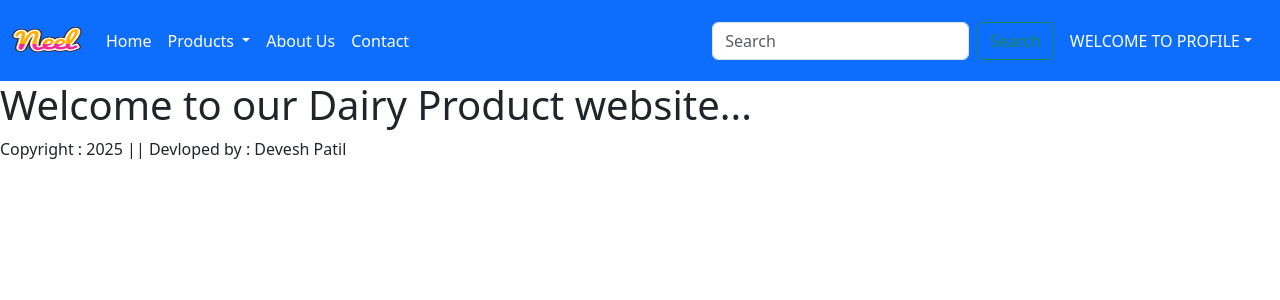
Repository: DeveshPatill/mydjango
Page: http://localhost/
These files come from the project's save history. The page is drawn as it stood at one moment and after the next save; the edit follows.
The browser window is 1280 px wide. The pictures show the whole page.
The page is served by the project's application, run on Django 5.2 (ec/manage.py). Other server files are loaded and not shown.

Above is the page before, as saved 2025-03-21 16:27:59.

### ec/app/templates/app/home.html
{% extends 'app/base.html' %}
{% load static %}
{% block title %}Home{% endblock title %}

{% block main-content %}
<h1>Welcome to our Dairy Product website...</h1>

{% endblock main-content %}

### ec/app/templates/app/base.html
<!DOCTYPE html>
{% load static %}
<html lang="en">
<head>
    <meta charset="UTF-8">
    <meta http-equiv="X-UA-Compatible" content="IE=edge">
    <meta name="viewport" content="width=device-width, initial-scale=1.0">

    <link href="https://cdn.jsdelivr.net/npm/bootstrap@5.3.3/dist/css/bootstrap.min.css" rel="stylesheet" integrity="sha384-QWTKZyjpPEjISv5WaRU9OFeRpok6YctnYmDr5pNlyT2bRjXh0JMhjY6hW+ALEwIH" crossorigin="anonymous">

    <link rel="stylesheet" href="{% static 'app/css/owl.carousel.min.css' %}" />
    <link rel="stylesheet" href="{% static 'app/css/all.min.css' %}" />
    <link rel="stylesheet" href="{% static 'app/css/style.css' %}" />

    <title> Dairy Products | {% block title %} {% endblock title %} </title>
</head>
<body>
    <nav class="navbar navbar-expand-lg navbar-dark bg-primary">
        <div class="container-fluid">
          <a class="navbar-brand" href="#">
            <img src="{% static 'app/images/product/Neel.png' %}" width="70px" height="55px"   />
          </a>
          <button class="navbar-toggler" type="button" data-bs-toggle="collapse" data-bs-target="#navbarSupportedContent" aria-controls="navbarSupportedContent" aria-expanded="false" aria-label="Toggle navigation">
            <span class="navbar-toggler-icon"></span>
          </button>
          <div class="collapse navbar-collapse" id="navbarSupportedContent">
            <ul class="navbar-nav me-auto mb-2 mb-lg-0">
              <li class="nav-item">
                <a class="nav-link active" aria-current="page" href="/">Home</a>
              </li>
              <li class="nav-item dropdown">
                <a class="nav-link dropdown-toggle text-white" href="#" role="button" data-bs-toggle="dropdown" aria-expanded="false">
                  Products
                </a>
                <ul class="dropdown-menu">
                  <li><a class="dropdown-item" href="#">Milk</a></li>
                  <li><a class="dropdown-item" href="#">Curd</a></li>
                  <li><a class="dropdown-item" href="#">MilkShake</a></li>
                  <li><a class="dropdown-item" href="#">Lassi</a></li>
                  <li><a class="dropdown-item" href="#">Ghee</a></li>
                  <li><a class="dropdown-item" href="#">Paneer</a></li>
                  <li><a class="dropdown-item" href="#">Cheese</a></li>
                  <li><a class="dropdown-item" href="#">Ice-Cream</a></li>

                </ul>
              </li>
              <li class="nav-item">
                <a class="nav-link text-white" href="#">About Us</a>
              </li>
              <li class="nav-item">
                <a class="nav-link text-white" href="#">Contact</a>
              </li>

            </ul>
            <form class="d-flex" role="search">
              <input class="form-control me-2" type="search" placeholder="Search" aria-label="Search">
              <button class="btn btn-outline-success" type="submit">Search</button>
            </form>
          </div>
          <ul class="navbar-nav me-auto mb-2 mb-lg-0">
            <li class="nav-item dropdown mx-2">
                <a class="nav-link dropdown-toggle text-white" href="#" id="profileDropdown" role="button" data-bs-toggle="dropdown" aria-expanded="false">WELCOME TO PROFILE</a>
                <ul class="dropdown-menu" aria-labelledby="profileDropdown">
                    <li><a class="dropdown-item" href="#">Profile</a></li>
                    <li><a class="dropdown-item" href="#">Orders</a></li>
                    <li><a class="dropdown-item" href="#">Change Password</a></li>
                    <li><a class="dropdown-item" href="#">Logout</a></li>


                </ul>
            </li>
          </ul>
        </div>
      </nav>
      {% block main-content %}{% endblock main-content %}
      <footer>
        Copyright : 2025 || Devloped by : Devesh Patil
      </footer>





    <script src="https://cdn.jsdelivr.net/npm/@popperjs/core@2.11.8/dist/umd/popper.min.js" integrity="sha384-I7E8VVD/ismYTF4hNIPjVp/Zjvgyol6VFvRkX/vR+Vc4jQkC+hVqc2pM8ODewa9r" crossorigin="anonymous"></script>
    <script src="https://cdn.jsdelivr.net/npm/bootstrap@5.3.3/dist/js/bootstrap.min.js" integrity="sha384-0pUGZvbkm6XF6gxjEnlmuGrJXVbNuzT9qBBavbLwCsOGabYfZo0T0to5eqruptLy" crossorigin="anonymous"></script>

    <script src=https://cdnjs.cloudflare.com/ajax/libs/jquery/3.7.1/jquery.min.js></script>


    <script script="{% static 'app/js/owl.carousel.min.js' %}"></script>
    <script script="{% static 'app/js/all.min.js' %}"></script>
    <script script="{% static 'app/js/myscript.js' %}"></script>

</body>
</html>

### ec/app/views.py
from django.shortcuts import render
from django.http import HttpResponse
# Create your views here.
def home(request):
    return render(request,"app/home.html")

### ec/ec/urls.py
"""
URL configuration for ec project.

The `urlpatterns` list routes URLs to views. For more information please see:
    https://docs.djangoproject.com/en/5.1/topics/http/urls/
Examples:
Function views
    1. Add an import:  from my_app import views
    2. Add a URL to urlpatterns:  path('', views.home, name='home')
Class-based views
    1. Add an import:  from other_app.views import Home
    2. Add a URL to urlpatterns:  path('', Home.as_view(), name='home')
Including another URLconf
    1. Import the include() function: from django.urls import include, path
    2. Add a URL to urlpatterns:  path('blog/', include('blog.urls'))
"""

from django.contrib import admin
from django.urls import path,include

urlpatterns = [
    path("admin/", admin.site.urls),
    path("", include("app.urls")),

]

### ec/app/urls.py
from django.urls import path
from .import views

urlpatterns = [
    path("",views.home),
]

### ec/app/static/app/css/style.css
.owl-carousel .item{
 /* border: 1px solid black; */
 font-size: 24px;
 text-align: center;
 margin-top: 20px;
 transition: transform .5s ease;
}

 .owl-carousel .item:hover{
    /* border: 1px solid black; */
    transform : scale(1.1);
}

/* .owl-carousel img{
    transition: transform .5s ease;
  }
 .owl-carousel img:hover{

    transform : scale(1.25);
} */

.owl-next{
 float:right;
}
.owl-prev{
 float:left;
}
.owl-prev span{
 font-size: 24px;
 font-weight: bold;
}
.owl-next span{
 font-size: 24px;
 font-weight: bold;
}




.buttermilk{
    background-color:#fff;background-image:linear-gradient(#fff7ef, #fff);
    background-image:-webkit-linear-gradient(#fff7ef, #fff);
    background-image:-moz-linear-gradient(#fff7ef, #fff);
    background-image:-ms-linear-gradient(#fff7ef, #fff);
    background-image:-o-linear-gradient(#fff7ef, #fff);
    padding:50px 40px;
    border:1px solid #efe8e1;
    padding-bottom:20px;
}

.smbg{
    background-color:#fff;
    background-image:linear-gradient(rgba(110, 69, 143, 0.1), #fff);
    background-image:-webkit-linear-gradient(rgba(110, 69, 143, 0.1), #fff);
    background-image:-moz-linear-gradient(rgba(110, 69, 143, 0.1), #fff);
    background-image:-ms-linear-gradient(rgba(110, 69, 143, 0.1), #fff);
    background-image:-o-linear-gradient(rgba(110, 69, 143, 0.1), #fff);
}

.curdbgpro{
    background-color:#fff;
    background-image:linear-gradient(rgba(10, 77, 123, 0.1), #fff);
    background-image:-webkit-linear-gradient(rgba(10, 77, 123, 0.1), #fff);
    background-image:-moz-linear-gradient(rgba(10, 77, 123, 0.1), #fff);
    background-image:-ms-linear-gradient(rgba(10, 77, 123, 0.1), #fff);
    background-image:-o-linear-gradient(rgba(10, 77, 123, 0.1), #fff);
}

.goodnessseccont img{
    width:100%;
}

.mlkpro{
    color:#636362;
    font-size:22px;
    line-height:22px;
    margin-bottom:15px;
    width:43%;
    margin:0 auto;
    text-align:center;

}

.goodnesssec a{
    text-decoration: none;
}

Loaded but not shown: ec/app/static/app/css/owl.carousel.min.css (library); ec/app/static/app/css/all.min.css (library)

After the next save:
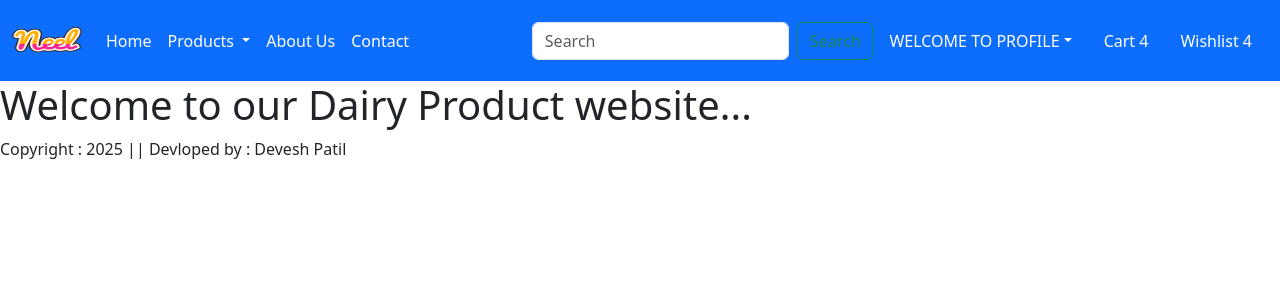
Saved 3 min 7 s later.
--- a/ec/app/templates/app/base.html
+++ b/ec/app/templates/app/base.html
@@ -65,9 +65,13 @@
                     <li><a class="dropdown-item" href="#">Orders</a></li>
                     <li><a class="dropdown-item" href="#">Change Password</a></li>
                     <li><a class="dropdown-item" href="#">Logout</a></li>
-
-
                 </ul>
+            </li>
+            <li class="nav-item mx-2">
+                <a href="#" class="nav-link text-white">Cart 4 </a>
+            </li>
+            <li class="nav-item mx-2">
+                <a href="#" class="nav-link text-white">Wishlist 4 </a>
             </li>
           </ul>
         </div>
